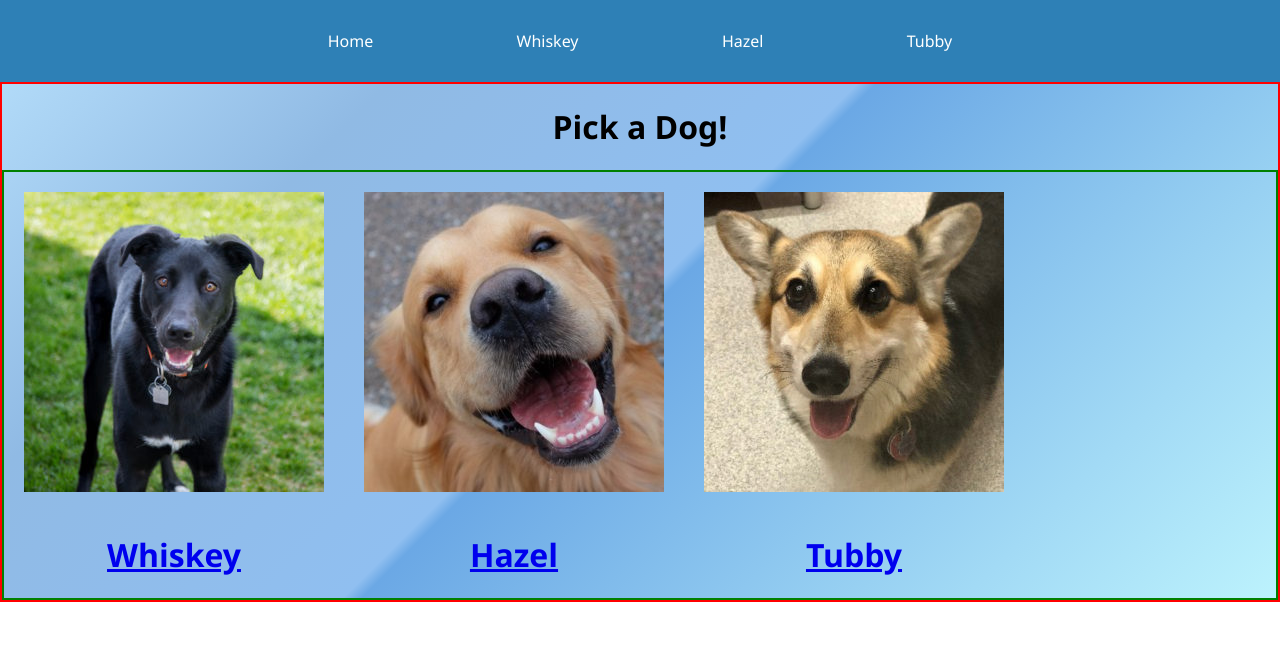
Repository: johnmutina/dog-finder
Page: /dogs
These files come from the project's save history. The page is drawn as it stood at one moment and after the next save; the edit follows.
The browser window is 1280 px wide. The pictures show the whole page.
The project was rebuilt for these pictures with package versions that can differ from the ones it lists, and the page was loaded fresh each time. Also part of the build but not shown: src/Dog.js.

Above is the page before, as saved 2019-07-28 15:16:14.

After the next save:
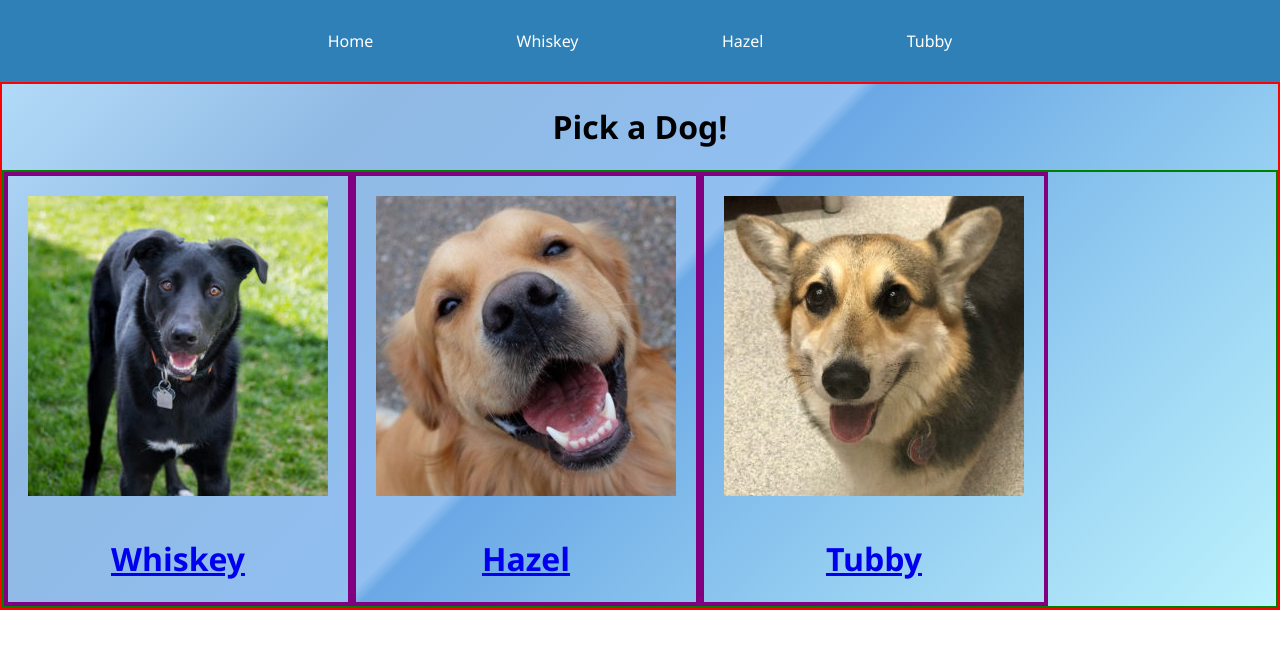
Saved 9 s later.
--- a/src/DogFinder.css
+++ b/src/DogFinder.css
@@ -9,6 +9,7 @@
 }
 
 .DogFinder-dog-container {
+  border: 4px solid purple;
   display: flex;
   flex-flow: column nowrap;
   justify-content: end;
